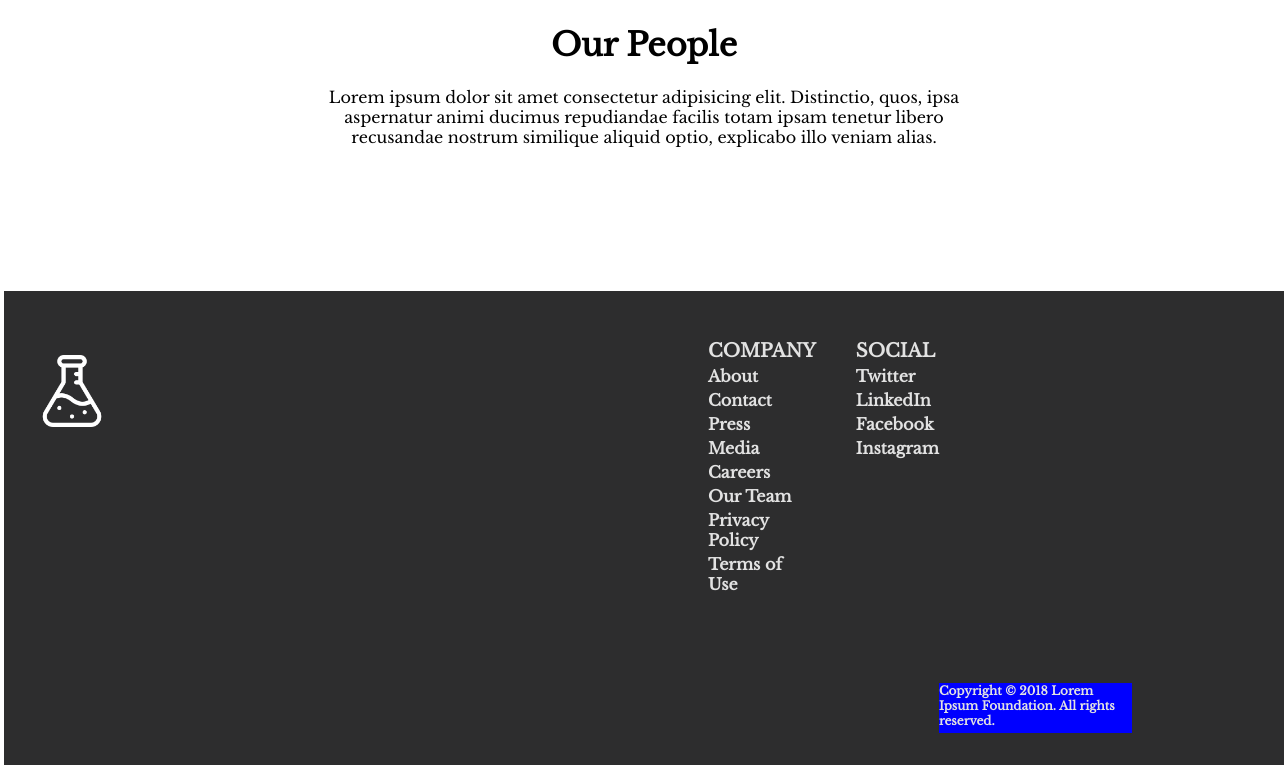
Repository: Tsardines/app
Page: / (app in my-app/)
These files come from the project's save history. The page is drawn as it stood at one moment and after the next save; the edit follows.
The browser window is 1280 px wide. The page is 1288 px wide, so the pictures cover 1288 px, including what lies to the right of the window. The pictures show the whole page.
The page's requests for data from a server got no answer. The project was rebuilt for these pictures with package versions that can differ from the ones it lists, and the page was loaded fresh each time. No one was signed in, and anything a server would have sent is missing.

Above is the page before, as saved 2018-11-14 20:28:46.

### my-app/public/index.html
<!DOCTYPE html>
<html lang="en">
  <head>
    <meta charset="utf-8">
    <meta name="viewport" content="width=device-width, initial-scale=1, shrink-to-fit=no">
    <meta name="theme-color" content="#000000">
    <!--
      manifest.json provides metadata used when your web app is added to the
      homescreen on Android. See https://developers.google.com/web/fundamentals/web-app-manifest/
    -->
    <link rel="manifest" href="%PUBLIC_URL%/manifest.json">
    <link href="https://fonts.googleapis.com/css?family=Libre+Baskerville" rel="stylesheet">
    <!--
      Notice the use of %PUBLIC_URL% in the tags above.
      It will be replaced with the URL of the `public` folder during the build.
      Only files inside the `public` folder can be referenced from the HTML.

      Unlike "/favicon.ico" or "favicon.ico", "%PUBLIC_URL%/favicon.ico" will
      work correctly both with client-side routing and a non-root public URL.
      Learn how to configure a non-root public URL by running `npm run build`.
    -->
    <title>React App</title>
  </head>
  <body>
    <noscript>
      You need to enable JavaScript to run this app.
    </noscript>
    <div id="root"></div>
    <!--
      This HTML file is a template.
      If you open it directly in the browser, you will see an empty page.

      You can add webfonts, meta tags, or analytics to this file.
      The build step will place the bundled scripts into the <body> tag.

      To begin the development, run `npm start` or `yarn start`.
      To create a production bundle, use `npm run build` or `yarn build`.
    -->
  </body>
</html>

### my-app/src/index.css
body {
  margin: 0;
  padding: 0;
  font-family: 'Libre Baskerville', serif;
  -webkit-font-smoothing: antialiased;
  -moz-osx-font-smoothing: grayscale;
}

code {
  font-family: source-code-pro, Menlo, Monaco, Consolas, "Courier New",
    monospace;
}

### my-app/src/App.js
import React, { Component } from 'react';

import Footer from './components/Footer.js';
import './App.css';

class App extends Component {
  constructor(props) {
    super(props);

    this.state = {
      items: []
    };
    this.componentWillMount = this.componentWillMount.bind(this);
  }

  componentWillMount() {
    fetch('https://api.myjson.com/bins/vz2rm')
    .then(res => res.json())
    .then(data => {
      this.setState({ items: data });
    });
  }


  render() {

    const { items } = this.state;

    return (
      <div className="App">

      <span className="our-people"><h1>Our People</h1></span>
      <span className="intro"><p>Lorem ipsum dolor sit amet consectetur adipisicing elit. Distinctio, quos, ipsa aspernatur animi ducimus repudiandae facilis totam ipsam tenetur libero recusandae nostrum similique aliquid optio, explicabo illo veniam alias.</p></span>

          { items.map((item, num) => {
              return (

                <div className="people">

                  <div className="elem">
                    <p key={num}>{item.elems}</p>
                  </div>

                    <p key={num}><strong>{item.name}</strong></p>
                    <p key={num}><small>{item.title}</small></p>

                  <div className="hidden">
                    <p key={num}>{item.email}</p>
                    <p key={num}><strong>Office: </strong>{item.office}</p>
                  </div>

                </div>

              );

            })}

            <Footer />

      </div>
    );
  }
}


export default App;

### my-app/src/components/Footer.js
import React from 'react';
import './Footer.css';
import beaker from './beaker.png';

const Footer = () => {
  return (

    <div className="footer">

    <img src={beaker} alt="beaker" className="beaker"></img>

        <div className="left">
            <ul>
                <span className="footer-title"><li><strong>Company</strong></li></span>
                <a href="#"><li>About</li></a>
                <a href="#"><li>Contact</li></a>
                <a href="#"><li>Press</li></a>
                <a href="#"><li>Media</li></a>
                <a href="#"><li>Careers</li></a>
                <a href="#"><li>Our Team</li></a>
                <a href="#"><li>Privacy Policy</li></a>
                <a href="#"><li>Terms of Use</li></a>
            </ul>
        </div>

        <div className="right">
            <ul>
                <span className="footer-title"><li><strong>Social</strong></li></span>
                <a href="#"><li>Twitter</li></a>
                <a href="#"><li>LinkedIn</li></a>
                <a href="#"><li>Facebook</li></a>
                <a href="#"><li>Instagram</li></a>
            </ul>
        </div>

        <span className="copy">Copyright &copy; 2018 Lorem Ipsum Foundation. All rights reserved.</span>

    </div>
  );
}

export default Footer;

### my-app/src/App.css
.App {
  display: flex;
  flex-direction: column;
  flex-flow: row nowrap;
  flex-wrap: wrap;
  max-width: 100%;
  overflow-x: hidden;
  padding: 0.25em;
  text-align: center;
  width: 100%;
}

.our-people {
  text-align: center;
  width: 100%;
}

.intro p {
  margin: auto;
  padding-bottom: 5em;
  width: 50%;
}

.people {
  background-color: #f8f8f8;
  border: 1px solid rgb(252, 244, 234);
  height: 22.5vh;
  margin: 0.5em;
  /* max-height: 22vh;
  max-width: 13vw; */
  /* min-height: 22vh;
  min-width: 13vw; */
  padding: 1.5em;
  text-align: left;
  width: 12vw;
}

.elem {
  font-size: 3.45em;
  margin-bottom: -1em;
  margin-top: -1em;
}

.elem:hover {
  color: #87f0f9;
  transition: 0.2s;
}

.hidden {
  font-size: 0.75em;
  opacity: 0.15;
}

.hidden:hover {
  opacity: 1;
  transition: 0.4s;
}

### my-app/src/components/Footer.css
.footer {
    background-color: #2d2d2e;
    color: rgb(226, 226, 226);
    display: flex;
    font-weight: bold;
    justify-content: flex-end;
    margin-top: 4em;
    overflow-x: hidden;
    padding: 2em;
    text-align: left;
    width: 100%;
}

.footer a {
    color: rgb(226, 226, 226);
    text-decoration: none;
}

.footer a:hover {
    color: turquoise;
}

.left ul li, .right ul li {
    font-size: 1em;
    list-style-type: none;
    padding-bottom: 0.25em;
}

.left {
    float: left;
    width: 20%;
}

.right {
    float: right;
    height: 10vh;
    width: 15%;
}

.footer-title {
    font-size: 1.15em;
    text-transform: uppercase;
}

.beaker {
    height: 10vh;
    margin: 2em 35em 0 0;
    width: 7vw;
}

.copy {
    background-color: blue;
    font-size: 0.75em;
    height: 7vh;
    margin-right: 10em;
    margin-top: 30em;
}

Loaded but not shown: my-app/src/index.js (common file); my-app/src/serviceWorker.js (common file)

After the next save:
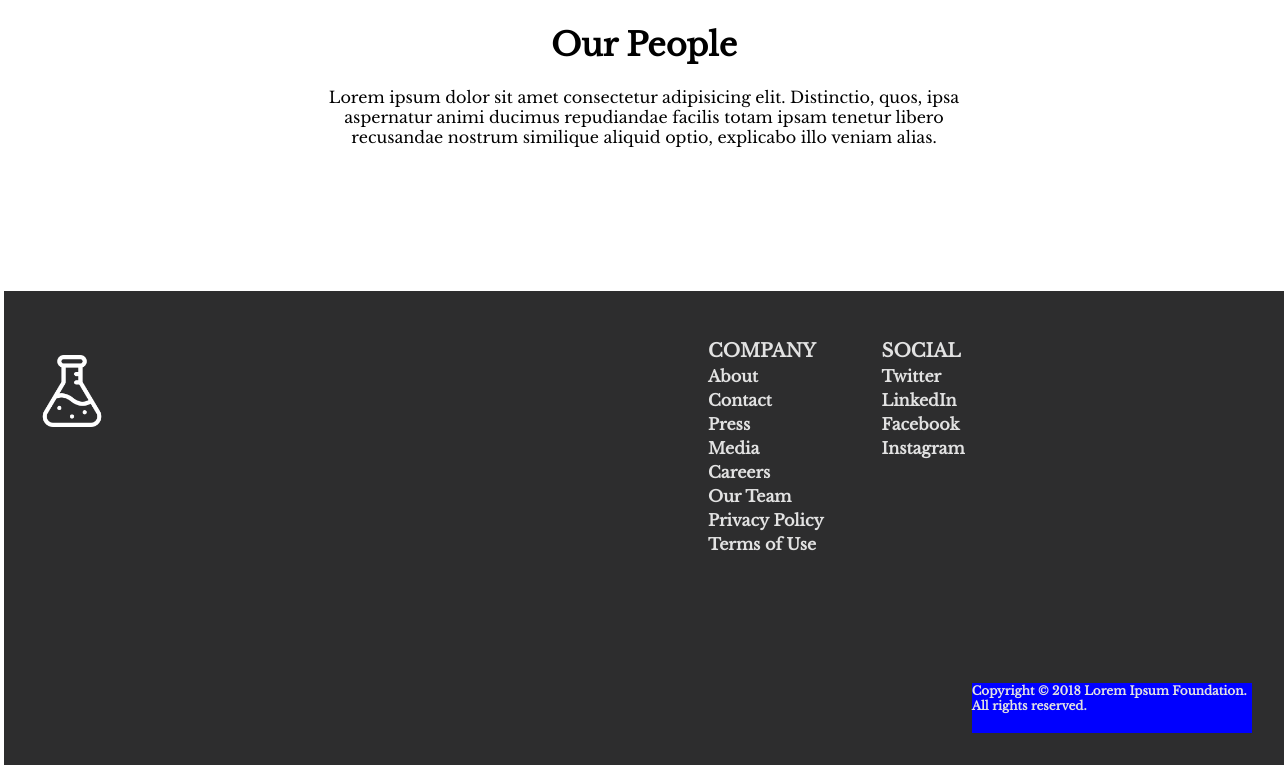
Saved 6 s later.
--- a/my-app/src/components/Footer.css
+++ b/my-app/src/components/Footer.css
@@ -52,6 +52,5 @@
     background-color: blue;
     font-size: 0.75em;
     height: 7vh;
-    margin-right: 10em;
     margin-top: 30em;
 }
